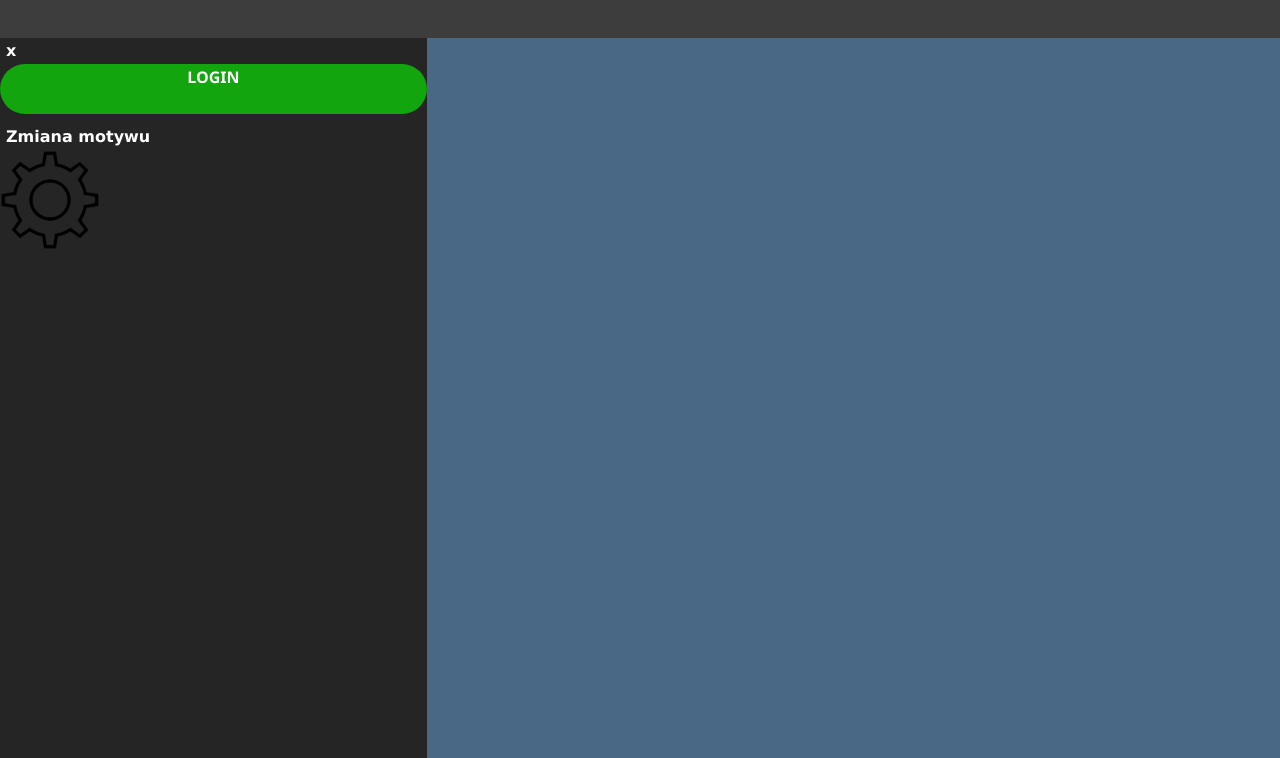
Repository: K4ziWolf/kazi
Page: /, after clicking the first element matching `button.btn`
An editor plug-in stored every save of this project. The page is shown before and after the next save, followed by the edit.
The browser window is 1280 px wide. The pictures show the whole page.
The project was rebuilt for these pictures with package versions that can differ from the ones it lists, and the page was loaded fresh each time. Also part of the build but not shown: vue.config.js, src/components/login_screen.vue, src/components/option_screen.vue.

Above is the page before, as saved 2023-10-20 22:35:49.

After the next save:
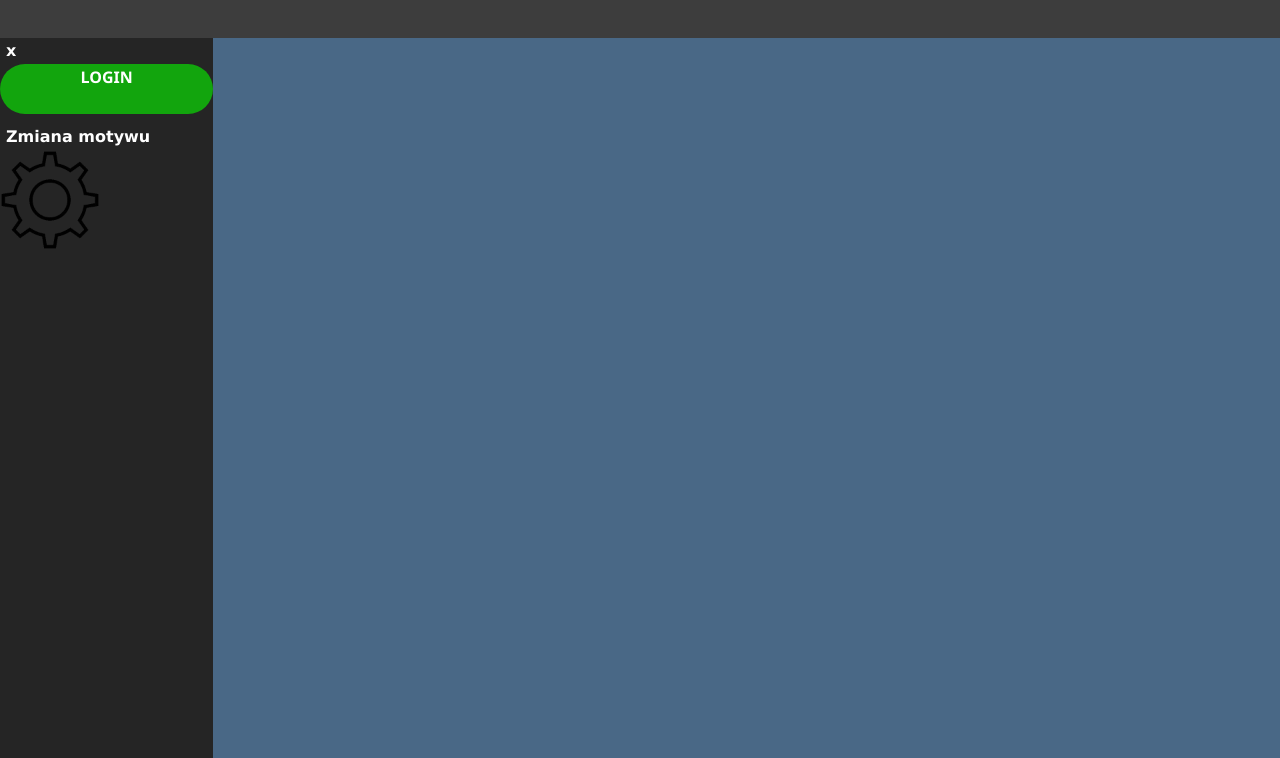
Saved 11 s later.
--- a/src/components/menu_screen.vue
+++ b/src/components/menu_screen.vue
@@ -1,5 +1,5 @@
 <template>
-     <div class="holder-ten1 col-sm-4" id="menu_holder" :class="menu_box_show">
+     <div class="holder-ten1 col-sm-2" id="menu_holder" :class="menu_box_show">
     <div class="pole-exit-btn" id="Exit_menu_button">
       <button class="exit-baton" id="menu_exit_button" @click="hideMenuScreen">x</button>
       <button class="baton" id="poka-login" v-bind:class="open_login_button" @click="showLoginScreen">
